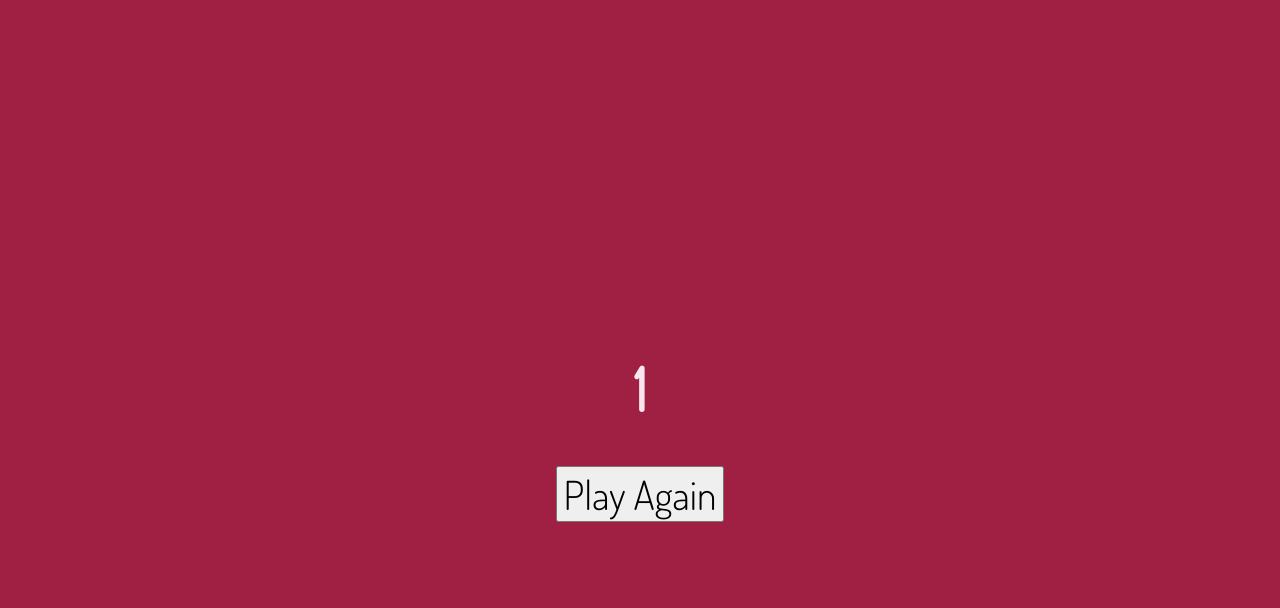
Repository: shayanabedi98/rock-paper-scissors
Page: winner.html
The author's editor kept a copy of each file at every save. The page is drawn from the files as they stood at one save, then again after the next save.
The browser window is 1280 px wide. The pictures show the whole page.

Above is the page before, as saved 2023-07-14 02:05:39.
Console error: TypeError: Cannot read properties of null (reading 'addEventListener')

After the next save:
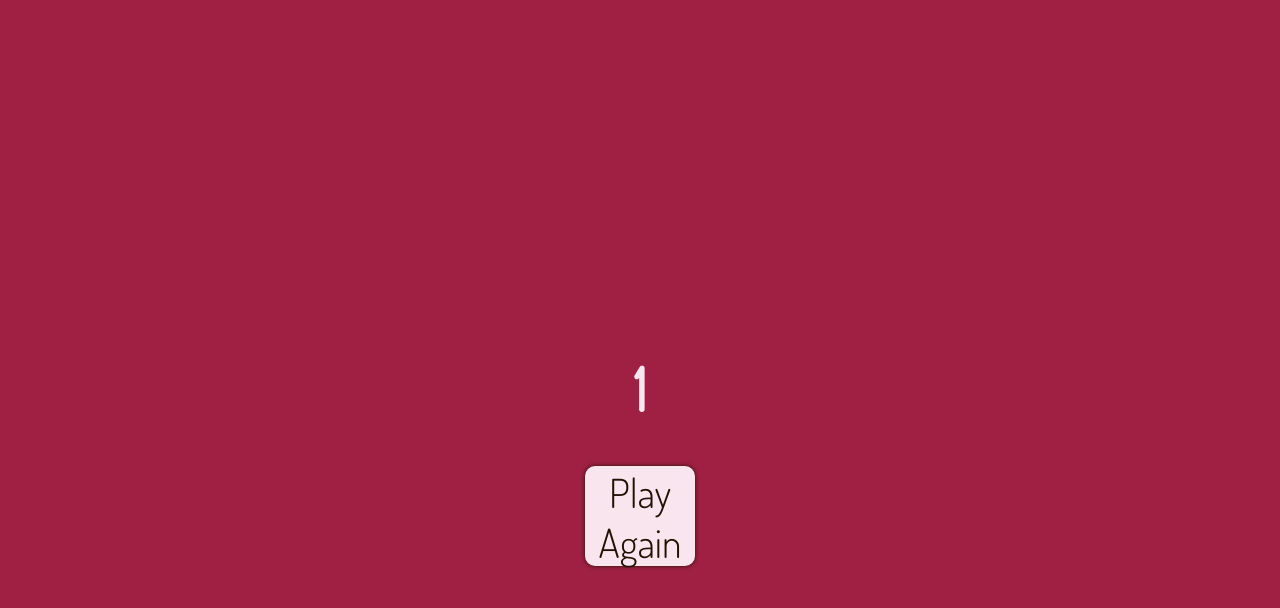
Saved 22 s later.
--- a/styles.css
+++ b/styles.css
@@ -93,4 +93,14 @@ h1 {
 .winner button {
     font-family: 'Dosis', sans-serif;
     font-size: 40px;
+    font-family: 'Dosis', sans-serif;
+    background-color: #F8E5EE;
+    color: #211103;
+    width: 110px;
+    height: 100px;
+    cursor: pointer;
+    border: 0;
+    border-radius: 10px;
+    box-shadow: 0 0 4px 0 #211103;
+    margin: 0 10px;
 }
